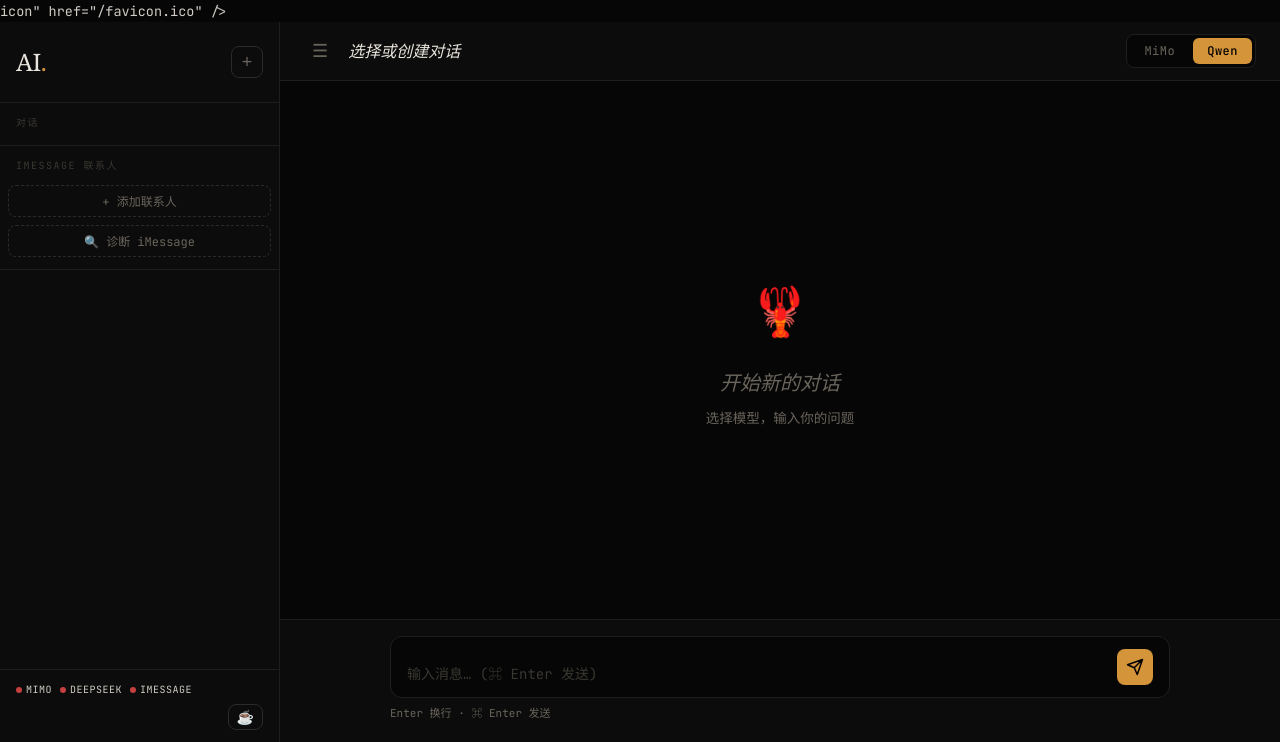
Repository: PenterZhang/Ai-Assistant-Localhost
Page: /
An editor plug-in stored every save of this project. The page is shown before and after the next save, followed by the edit.
The browser window is 1280 px wide. The pictures show the whole page.
The page's requests for data from a server got no answer. Some web fonts or font styles are not loaded; a fallback is used. The project was rebuilt for these pictures with package versions that can differ from the ones it lists, and the page was loaded fresh each time. No one was signed in, and anything a server would have sent is missing. Also part of the build but not shown: vite.config.ts, src/components/CodeBlock.tsx, src/components/MessageBubble.tsx, src/components/AddContactModal.tsx.

Above is the page before, as saved 2026-04-30 15:19:04.

After the next save:
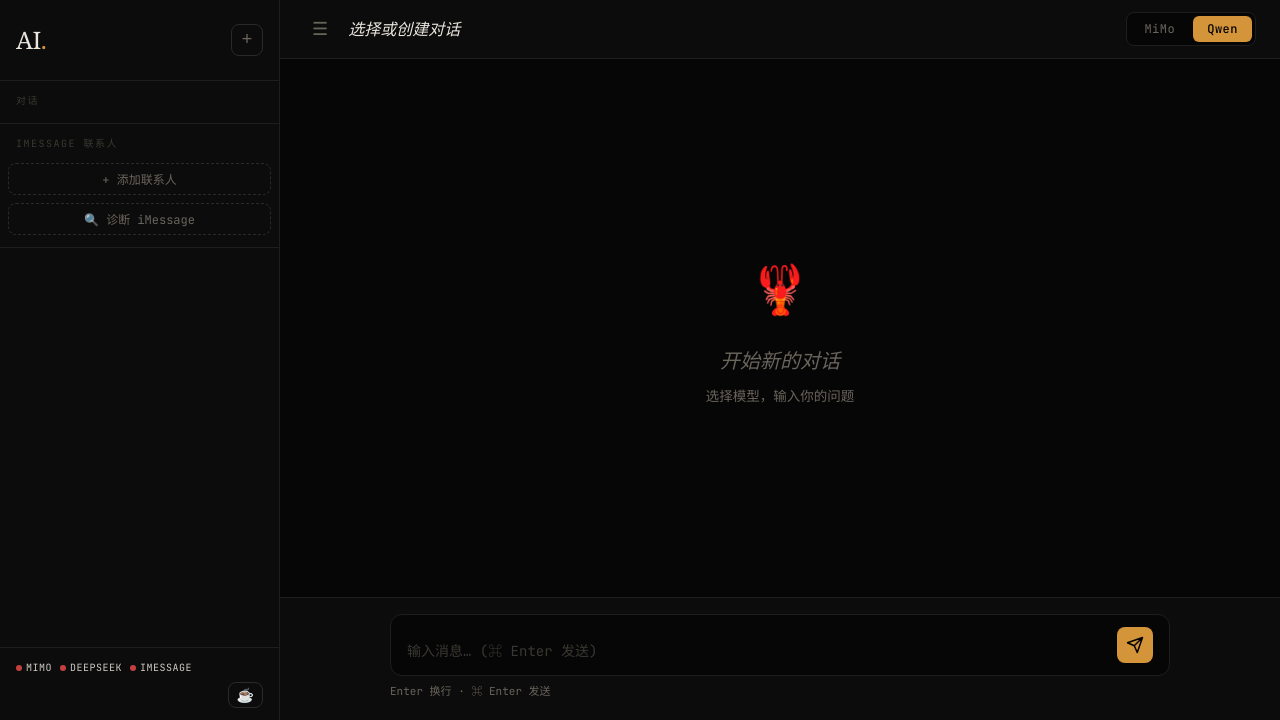
Saved 4 s later.
--- a/index.html
+++ b/index.html
@@ -4,7 +4,7 @@
     <meta charset="UTF-8" />
     <meta name="viewport" content="width=device-width, initial-scale=1.0" />
     <title>AI Assistant</title>
-icon" href="/favicon.ico" />
+    <link rel="icon" type="image/x-icon" href="/favicon.ico" />
     <link rel="preconnect" href="https://fonts.googleapis.com" />
     <link href="https://fonts.googleapis.com/css2?family=JetBrains+Mono:wght@300;400;500;600&family=Instrument+Serif:ital@0;1&display=swap" rel="stylesheet" />
 </head>
